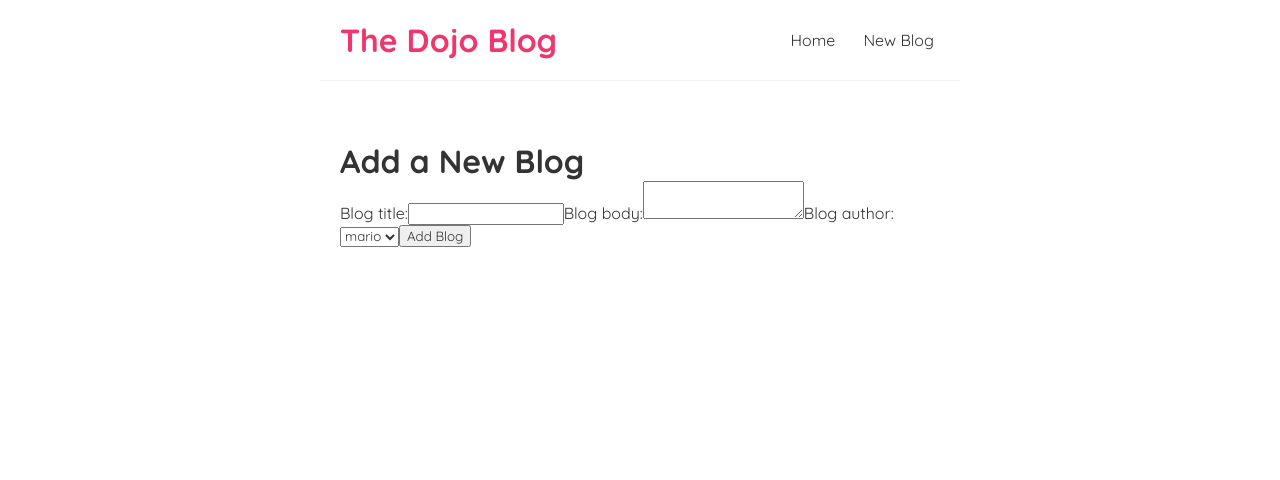
Repository: DESTINYAS/Reactjs
Page: /create
These files come from the project's save history. The page is drawn as it stood at one moment and after the next save; the edit follows.
The browser window is 1280 px wide. The pictures show the whole page.
The project was rebuilt for these pictures with package versions that can differ from the ones it lists, and the page was loaded fresh each time. Also part of the build but not shown: src/BlogList.js, src/useFetch.js, src/Home.js, src/BlogDetails.js.

Above is the page before, as saved 2022-12-01 15:29:32.

### src/index.css
@import url("https://fonts.googleapis.com/css2?family=Quicksand:wght@300;400;500;600;700&display=swap");
/* base styles */
* {
  margin: 0;
  font-family: "Quicksand";
  color: #333;
}
.navbar {
  padding: 20px;
  display: flex;
  align-items: center;
  max-width: 600px;
  margin: 0 auto;
  border-bottom: 1px solid #f2f2f2;
}
.navbar h1 {
  color: #f1356d;
}
.navbar .links {
  margin-left: auto;
}
.navbar a {
  margin-left: 16px;
  text-decoration: none;
  padding: 6px;
}
.navbar a:hover {
  color: #f1356d;
}
.content {
  max-width: 600px;
  margin: 40px auto;
  padding: 20px;
}

/* blog previews / list */
.blog-preview {
  padding: 10px 16px;
  margin: 20px 0;
  border-bottom: 1px solid #fafafa;
}
.blog-preview:hover {
  box-shadow: 1px 3px 5px rgba(0, 0, 0, 0.1);
}
.blog-preview h1 {
  font-size: 20px;
  color: #f1356d;
  margin-bottom: 8px;
}
.blog-preview a {
  text-decoration: none;
}

/* blog details page */
.blog-details h2 {
  font-size: 20px;
  color: #f1356d;
  margin-bottom: 10px;
}
.blog-details div {
  margin: 20px 0;
}
.blog-details button {
  background: #f1356d;
  color: #fff;
  border: 0;
  padding: 8px;
  border-radius: 8px;
  cursor: pointer;
}

### src/App.js
import Navbar from "./Navbar";
import Home from "./Home";
import { BrowserRouter as Router, Route, Switch } from "react-router-dom";
import Create from "./create";
import BlogDetails from "./BlogDetails";

function App() {
  return (
    <Router>
      <div className="App">
        <Navbar />
        <div className="content">
          <Switch>
            <Route exact path="/">
              <Home />
            </Route>
            <Route path="/create">
              <Create />
            </Route>
            <Route path="/blogs/:id">
              <BlogDetails />
            </Route>
          </Switch>
        </div>
      </div>
    </Router>
  );
}

export default App;

### src/Navbar.js
import { Link } from "react-router-dom";

const Navbar = () => {
  return (
    <div className="navbar">
      <h1>The Dojo Blog</h1>
      <div className="links">
        <Link to="/">Home</Link>
        <Link to="/create">New Blog</Link>
      </div>
    </div>
  );
};

export default Navbar;

### src/create.js
const Create = () => {
  return (
    <div className="create">
      <h1>Add a New Blog</h1>
      <form action="#">
        <label>Blog title:</label>
        <input type="text" required />
        <label>Blog body:</label>
        <textarea required></textarea>
        <label>Blog author:</label>
        <select>
          <option value="mario">mario</option>
          <option value="yoshi">yoshi</option>
        </select>
        <button>Add Blog</button>
      </form>
    </div>
  );
};

export default Create;

Loaded but not shown: public/index.html (common file); src/index.js (common file)

After the next save:
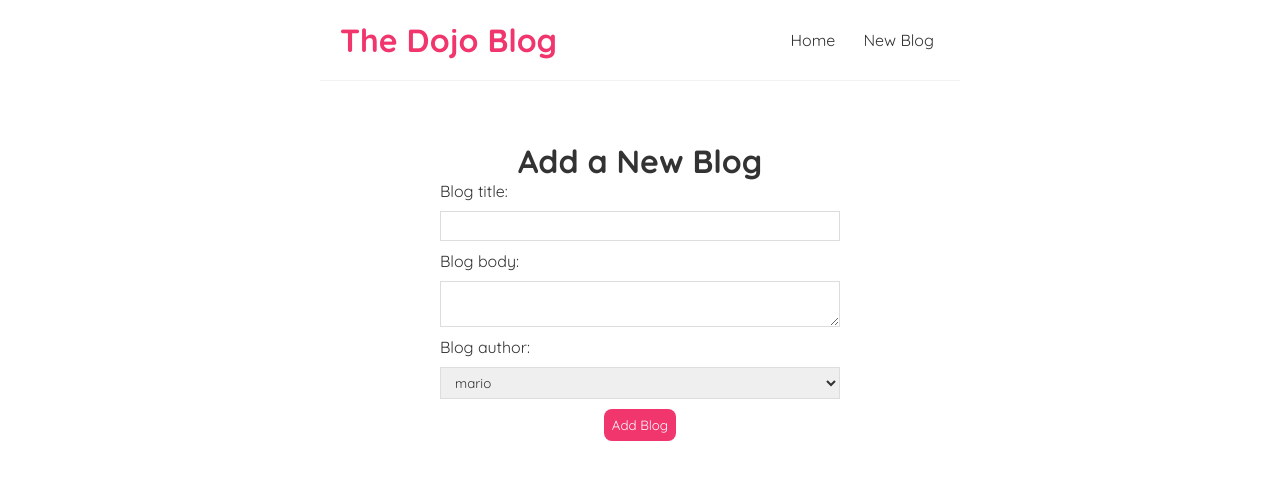
Saved 6 min 23 s later.
--- a/src/index.css
+++ b/src/index.css
@@ -60,7 +60,33 @@
 .blog-details div {
   margin: 20px 0;
 }
-.blog-details button {
+
+/* create new blog form */
+.create {
+  max-width: 400px;
+  margin: 0 auto;
+  text-align: center;
+}
+.create label {
+  text-align: left;
+  display: block;
+}
+.create h2 {
+  font-size: 20px;
+  color: #f1356d;
+  margin-bottom: 30px;
+}
+.create input,
+.create textarea,
+.create select {
+  width: 100%;
+  padding: 6px 10px;
+  margin: 10px 0;
+  border: 1px solid #ddd;
+  box-sizing: border-box;
+  display: block;
+}
+.create button {
   background: #f1356d;
   color: #fff;
   border: 0;
